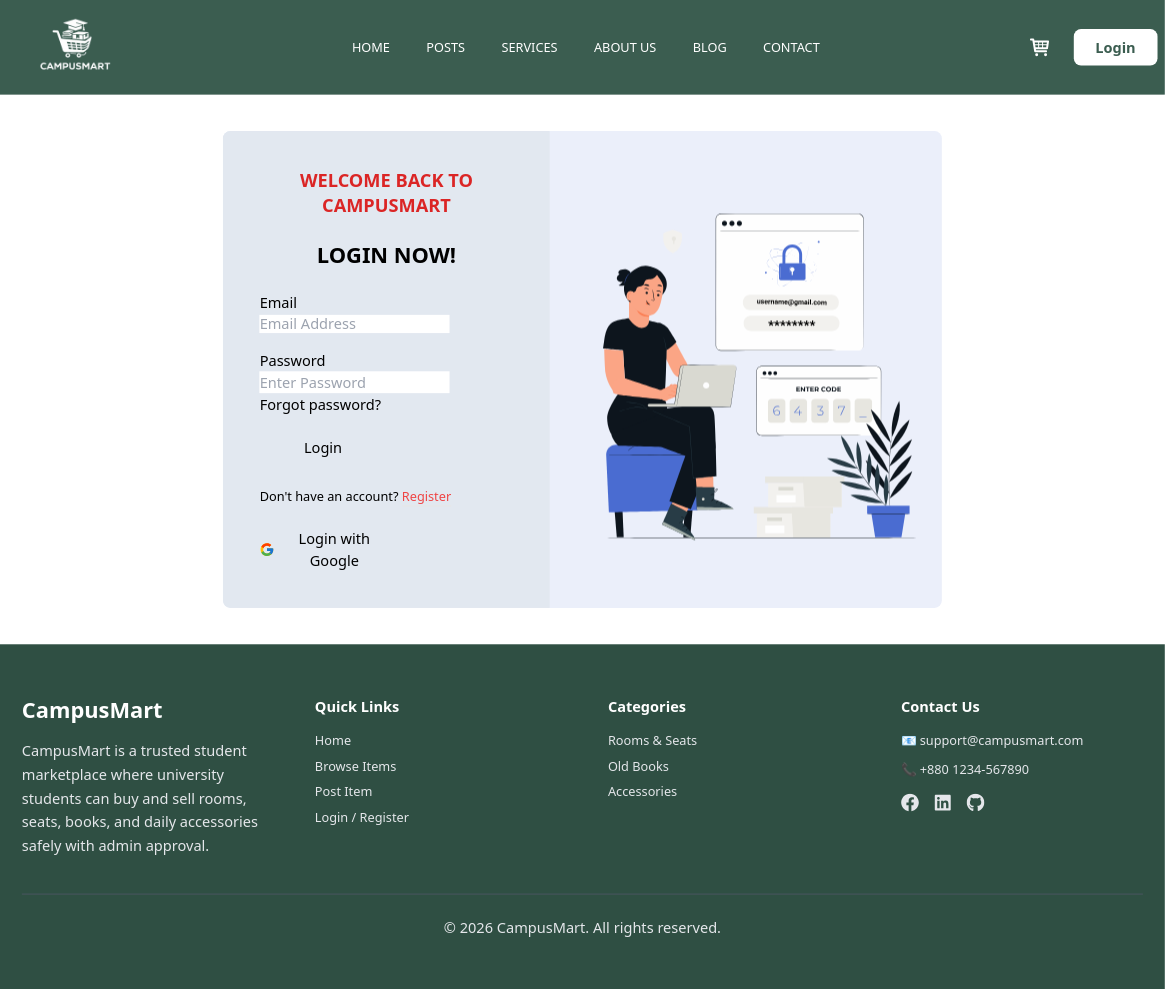
Repository: jahidhasanri/CAMPUSMART
Page: /login
The author's editor kept a copy of each file at every save. The page is drawn from the files as they stood at one save, then again after the next save.
The browser window is 1280 px wide. The pictures show the whole page, at 91% of full size.
The project was rebuilt for these pictures with package versions that can differ from the ones it lists, and the page was loaded fresh each time. Also part of the build but not shown: vite.config.js, src/components/Banner.jsx, src/Pages/Home.jsx, src/Pages/Register.jsx.

Above is the page before, as saved 2026-01-13 23:18:58.

After the next save:
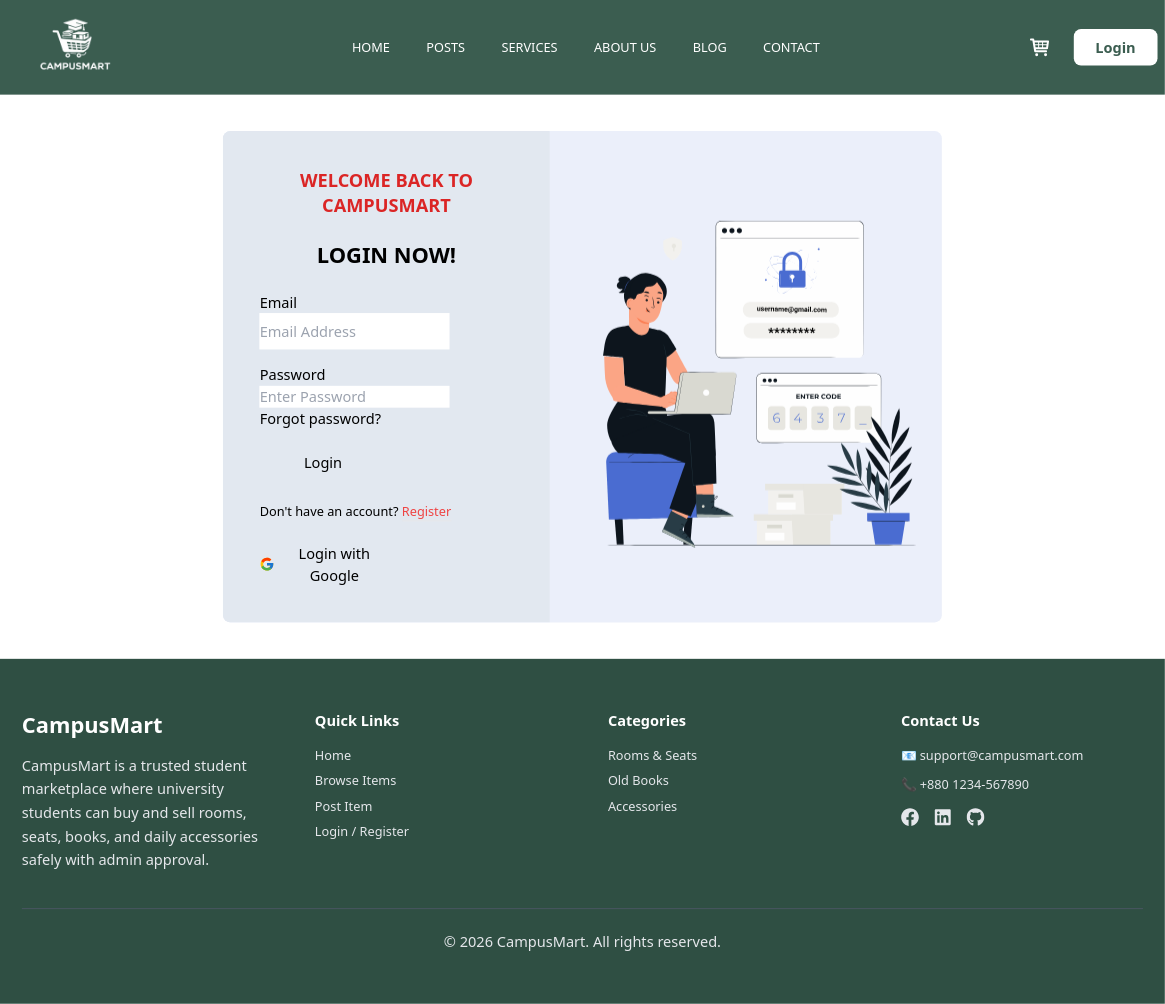
Saved 6 s later.
--- a/src/Pages/Login.jsx
+++ b/src/Pages/Login.jsx
@@ -89,7 +89,7 @@
             type="email"
             name="email"
             placeholder="Email Address"
-            className="input input-bordered w-full h-5 lg:w-9/12 bg-white border-gray-300"
+            className="input input-bordered w-full h-10 lg:w-9/12 bg-white border-gray-300"
             required
           />
           </div>
